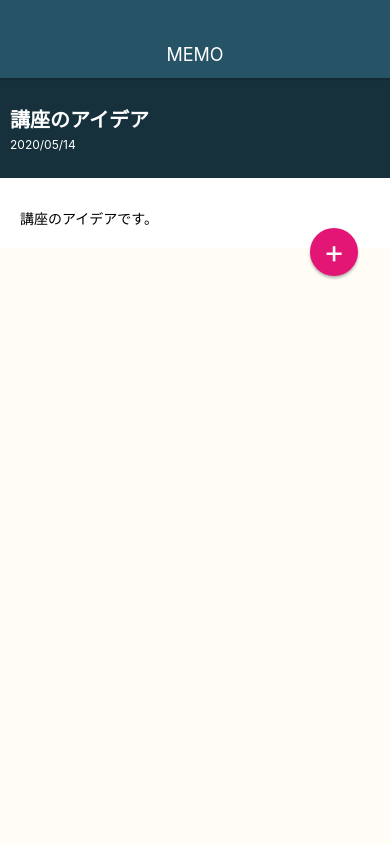
Repository: NagataRyuji0630/memo_app_for_reactNative
Page: /
These files come from the project's save history. The page is drawn as it stood at one moment and after a run of saves; the edit follows.
The browser window is 390 px wide. The pictures show the whole page.
The app was drawn by React Native's web renderer in a window 390 px wide. The project was rebuilt for these pictures with package versions that can differ from the ones it lists, and the page was loaded fresh each time. Also part of the build but not shown: src/components/MemoList.jsx, src/screens/MemoListScreen.jsx.

Above is the page before, as saved 2020-05-14 10:16:41.

After the next 2 saves:
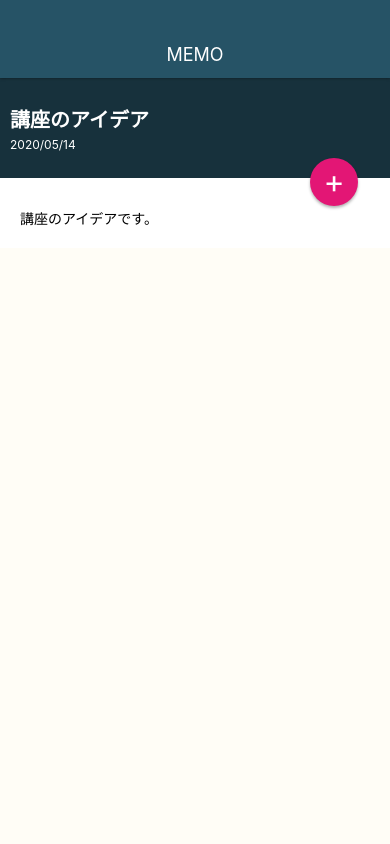
The 2 saves are shown as one change because they came seconds apart.
The last was saved 6 s later.
--- a/src/screens/MemoDetailScreen.jsx
+++ b/src/screens/MemoDetailScreen.jsx
@@ -32,7 +32,7 @@ const styles = StyleSheet.create({
         backgroundColor: 'white',
     },
     editBtn: {
-        top: 150,
+        top: 80,
     }
 });
 
